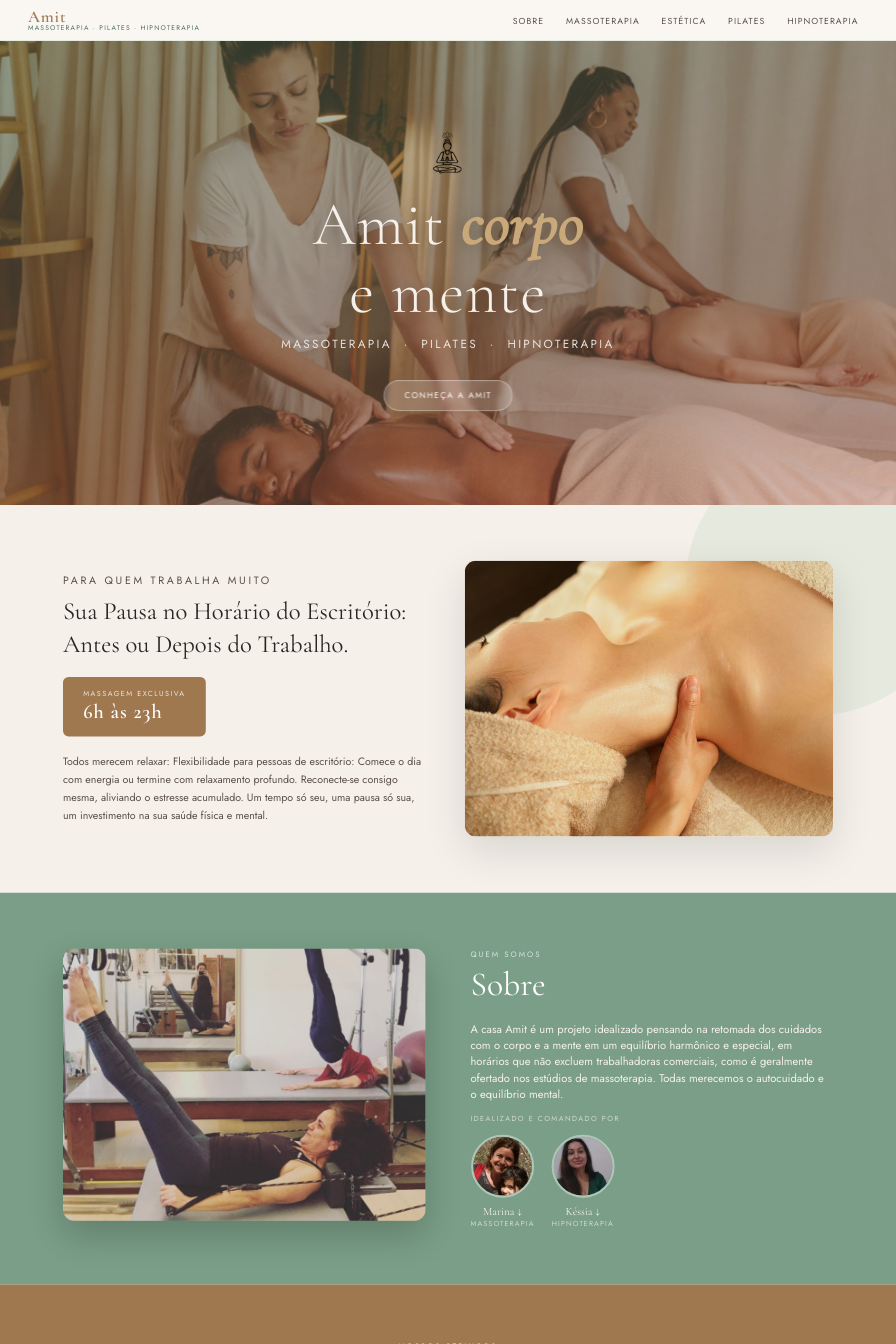
Repository: beatriz-nagae/amit-corpoemente
Page: index.html
The author's editor kept a copy of each file at every save. The page is drawn from the files as they stood at one save, then again after the next save.
The browser window is 1280 px wide. The pictures show the part of the page from y = 0 to 1920 px (the page is 5282 px tall), at 70% of full size.
An inner scrolling area shows only its first screen.

Above is the page before, as saved 2026-04-01 23:51:38.

After the next save:
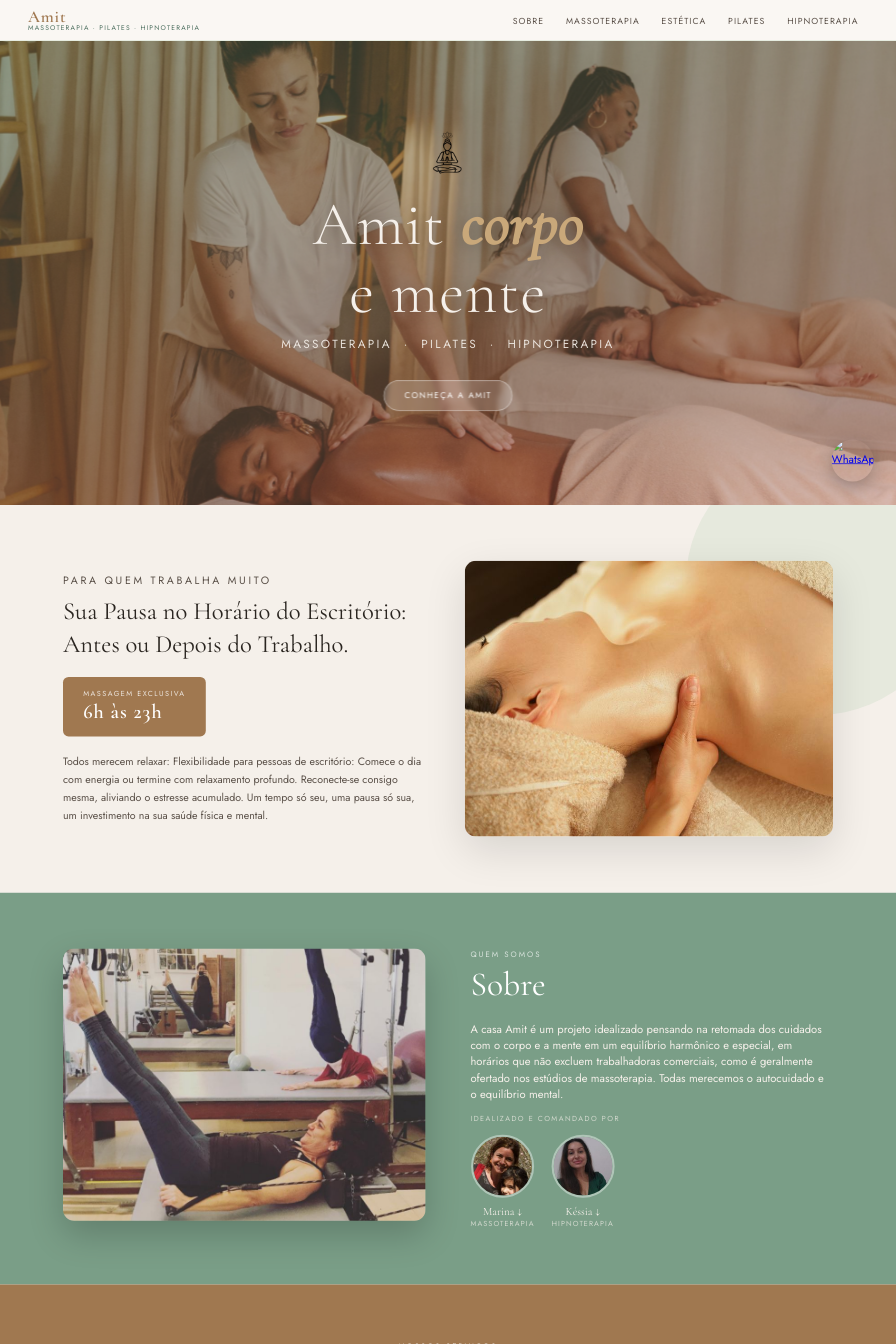
Not found: assets/images/whatsapp.png
Saved 2 min 15 s later.
--- a/index.html
+++ b/index.html
@@ -509,6 +509,13 @@ A integração dessas abordagens forma um modelo terapêutico moderno, capaz de
     </div>
   </div>
 
+<a class="whatsapp-float"
+   href="https://wa.me/5511989243356"
+   target="_blank"
+   aria-label="Fale conosco pelo WhatsApp">
+  <img src="assets/images/whatsapp.png" alt="WhatsApp" />
+</a>
+
   <script src="assets/js/main.js"></script>
 </body>
 </html>
